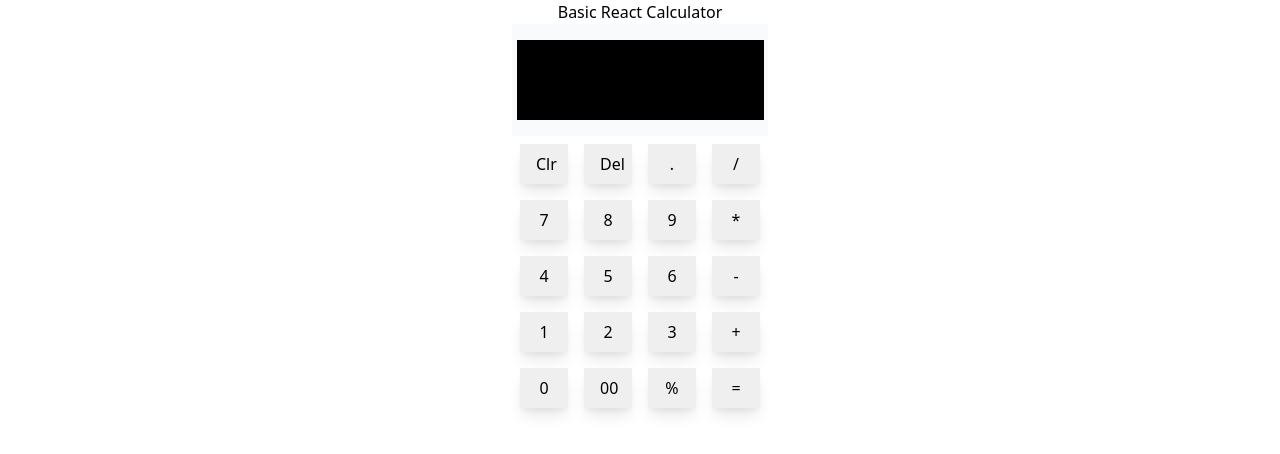
Repository: latenightsnacc/React-Calculator
Page: / (app in docs/react-calculator/)
An editor plug-in stored every save of this project. The page is shown before and after the next save, followed by the edit.
The browser window is 1280 px wide. The pictures show the whole page.
The project was rebuilt for these pictures with package versions that can differ from the ones it lists, and the page was loaded fresh each time. Also part of the build but not shown: docs/react-calculator/craco.config.js.

Above is the page before, as saved 2021-11-11 15:49:33.

After the next save:
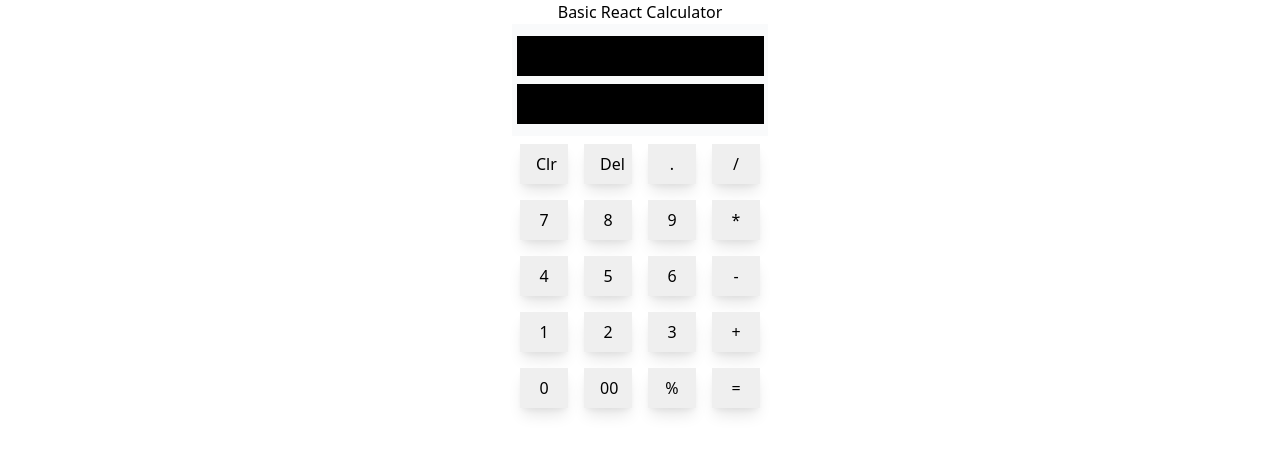
Saved 13 s later.
--- a/docs/react-calculator/src/components/CalculatorOutputRow.js
+++ b/docs/react-calculator/src/components/CalculatorOutputRow.js
@@ -3,7 +3,7 @@ import React from 'react';
 const CalculatorOutputRow = () => {
     return(
         <div className="">
-            <input className="bg-black p-2 w-full" type="text" readOnly />
+            <input className="bg-black p-2 my-1 w-full" type="text" readOnly />
         </div>
     )
 }
